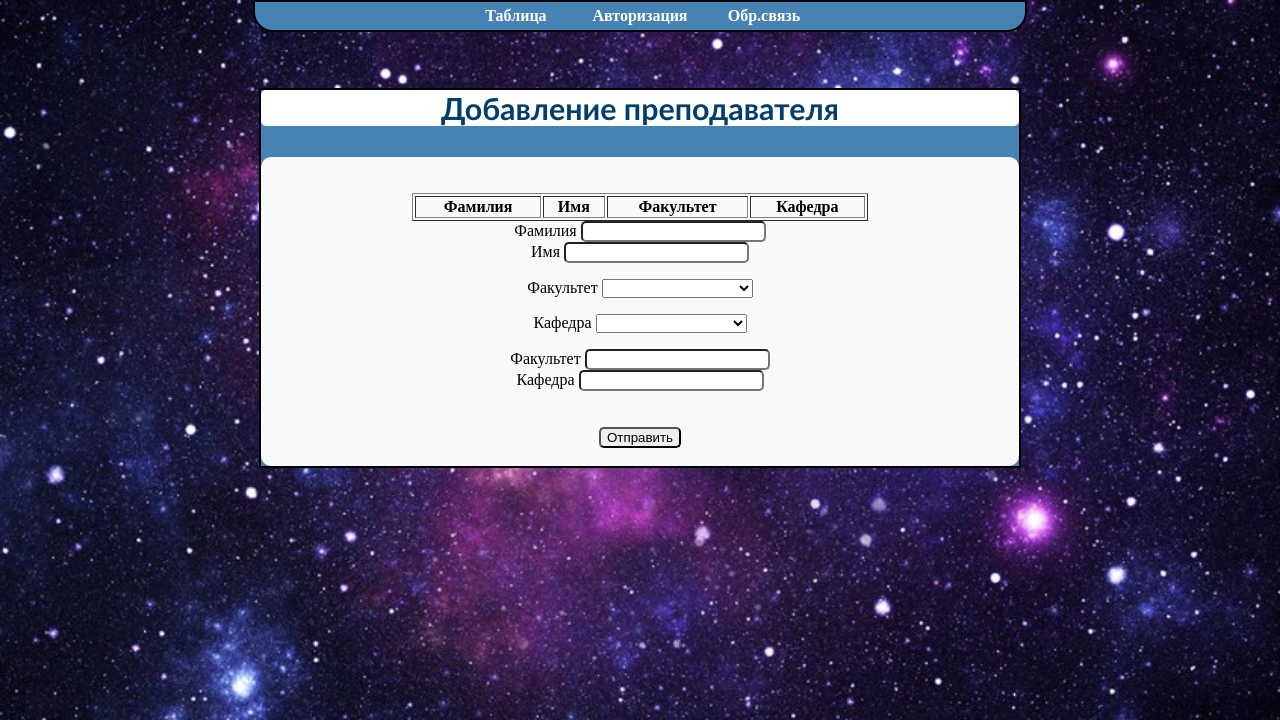
Repository: BeliaevAleksei/WeBCourse
Page: http://localhost/addTeacher.php
The author's editor kept a record of every edit. The page is drawn from the files as they stood at one moment, then again after the next edit.
The browser window is 1280 px wide. The pictures show the whole page.
The page is run by PHP 8.4 with error messages shown; the project is at /var/www/html/. Queries for data that is not in the repository find no rows.

Above is the page before.

### Учебная практика/addTeacher.php
<!DOCTYPE html>
<html>
<head>
	<meta http-equiv="Content-Type" content="text/html; charset=utf-8" />
	<link rel="stylesheet" href="css/main.css">
	<title>Managment</title>

</head>
<body>
	<div class="page">
		<div class="header">
			<ul id="navbar">
				<li><a href="index.php">Таблица</a></li>
				<li><a href="authorization.php">Авторизация</a></li>
				<li><a href="back.php">Обр.связь</a></li>
			</ul>
		</div>
		<div class="main-text">
			<h3>Добавление преподавателя</h3>
			<div class="main-text-content">
			    <?php
					include ('dao.php');
					session_start();
					echo "</br>";
					echo "</br>";
					echo "<table border = 1>
				    <tr>
					<th>Фамилия</th>
					<th>Имя</th>
					<th>Факультет</th>
					<th>Кафедра</th>
				    </tr>";
				    $dao = new DAO();
				    $sqlTeacher = $dao->sql_query("SELECT Teachers.FirstName, Teachers.LastName, FacultyAndPulpit.Faculty, Teachers.Pulpit FROM FacultyAndPulpit, Teachers
					    where FacultyAndPulpit.Pulpit = Teachers.Pulpit");
				    while ($sql = mysqli_fetch_array($sqlTeacher, MYSQLI_ASSOC)){
				    	echo "<tr><td>" . $sql['FirstName'] . "</td>";
					    echo "<td>" . $sql['LastName'] . "</td>";
				    	echo "<td>" . $sql['Faculty'] . "</td>";
				    	echo "<td>" . $sql['Pulpit'] . "</td></tr>";
			    	};
				    echo "</table>";


				echo "<form action=\"AddTinTable.php\" method=\"post\">";
				echo "<div><label> Фамилия</label> <input type=\"text\" name=\"firstname\"></div>";
				echo "<div><label> Имя </label> <input type=\"text\" name=\"lastname\"></div>";
				echo "<p> <label> Факультет </label>
					<select  name=\"faculty\">
						<option disabled>Выберите факультет</option>";
						$dao = new DAO();
						$sqlF = $dao->getPulpit();
						while ($sql = mysqli_fetch_array($sqlTeacher, MYSQLI_ASSOC)) {
							$res = $sql['Faculty'];
							echo "<option value=\"$res\">$res</option>";
						}
						echo "</select></p>";
				echo "<p> <label> Кафедра </label>
					<select  name=\"pulpit\">
						<option disabled>Выберите факультет</option>";
						$dao = new DAO();
						$sqlF = $dao->getPulpit();
						while ($sql = mysqli_fetch_array($sqlTeacher, MYSQLI_ASSOC)) {
							$res = $sql['Pulpit'];
							echo "<option value=\"$res\">$res</option>";
						}
						echo "</select></p>";


				echo "<div><label> Факультет</label> <input type=\"text\" name=\"faculty\"></div>";
				echo "<div><label> Кафедра </label> <input type=\"text\" name=\"pulpit\"></div>
				<br><br>";
				echo "<input type=\"submit\" value=\"Отправить\">
				<br><br> </form>";
				?>
			</div>
</div>
</div>
</body>

### Учебная практика/dao.php
<?php
class DAO
{
    private $link;

    public function __construct() {
        $this->link = mysqli_connect("localhost", "dislexsu", "", "Management");
    }

    public function sql_query($sqlString)
    {
       return mysqli_query($this->link, $sqlString);
    }


    public function getPulpit() {
        return $this->sql_query("SELECT * FROM FacultyAndPulpit");
    }

    public function getTeachers() {
        return $this->sql_query("SELECT * FROM Teachers");
    }

    public function getStudents() {
        return $this->sql_query("SELECT * FROM Students");
    }

    public function addTeacher($login, $password) {
        $this->sql_query("INSERT INTO `Autorization`(`ID`, `Teacher`, `Password`) VALUES ('','$login','$password')");
    }

    public function addTeacherIntable($firstName, $lastName, $pulpit) {
        $this->sql_query("INSERT INTO `Teachers`(`ID`, `FirstName`, `LastName`, `Pulpit`) VALUES ('','$firstName', '$lastName', '$pulpit')");
    }

    public function addStudent($firstName, $lastName, $course, $status, $teacher, $pulpit) {
        $this->sql_query("INSERT INTO `Students`(`ID`, `FirstName`, `LastName`, `Course`, `Status`, `Teacher`, `Pulpit`) VALUES ('', '$firstName', '$lastName', '$course', '$status', '$teacher', '$pulpit')");
    }


    public function addFP($faculty, $pulpit) {
        $this->sql_query("INSERT INTO `FacultyAndPulpit`(`ID`, `Faculty`, `Pulpit`) VALUES ('','$faculty','$pulpit')");
    }

    public function deleteFP($id) {
        $this->sql_query("DELETE FROM `FacultyAndPulpit` WHERE ID = '$id' ");
    }

    public function deleteT($id) {
        $this->sql_query("DELETE FROM `Teachers` WHERE ID = '$id' ");
    }
    public function updateST($id, $firstName, $lastName, $course, $status, $teacher, $pulpit) {
    $this->sql_query("UPDATE `Students` SET `FirstName`= '$firstName' ,`LastName`='$lastName',`Course`='$course',`Status`='$status',`Teacher`='$teacher',`Pulpit`='$pulpit'
    WHERE ID = $id");
    }

     public function addMessage($login, $mail, $message) {
        $this->sql_query("INSERT INTO `Message`(`ID`, `Login`, `Mail`, `Message`) VALUES ('','$login','$mail', '$message')");
    }
}

### Учебная практика/css/main.css

@media (min-width: 1024px) {
	body
	{
		background: url(../img/fon.jpg);
		background-position: center center;
		background-size: cover;
		background-attachment: fixed;
	}
	.main-text-content > img {
		width: 49%;
		height: 300px;
		display: inline-block;
	}
	a{
		font-size: 1.0em;
	}
	p{
		font-size: 1.0em;
	}

	h3{
		font-size: 1.9em;
	}
	h2{
		font-size: 1.3em;
	}
		.righttable{
		width: 26%;
		float: right;
	}
	.lefttable{
		width: 26%;
		float: left;
	}
}
@media (min-width: 720px) and (max-width: 1023px) {

	body {
		background: url(../img/fon.jpg);
		background-position: center center;
		background-size: cover;
		background-attachment: fixed;

	}
	.main-text-content > img {
		/*width: 400px;*/
		width: 40%;
		height: 300px;
		display: inline-block;
	}
	a{
		font-size: 0.8em;
	}
	p{
		font-size: 0.8em;
	}

	h3{
		font-size: 1.5em;
	}
	h2{
		font-size: 1.1em;
	}
		.righttable{
		width: 26%;
		float: right;
	}
	.lefttable{
		width: 26%;
		float: left;
	}
}

@media (min-width: 480px) and (max-width: 719px)
{
	body {
		background: url(../img/fon.jpg);
		background-position: center center;
		background-size: cover;
		background-attachment: fixed;
	}
	.main-text-content > img {
		/*width: 274px;*/
		width: 30%;
		height: 300px;
		display: inline-block;
	}
	a{
		font-size: 0.5em;
	}
	p{
		font-size: 0.5em;
	}

	h3{
		font-size: 1.2em;
	}
	h2{
		font-size: 0.8em;
	}
		.righttable{
		width: 26%;
		float: right;
	}
	.lefttable{
		width: 26%;
		float: left;
	}
}
@media (min-width: 320px) and (max-width: 479px)
{
	body {
		background: url(../img/fon.jpg);
		background-position: center center;
		background-size: cover;
		background-attachment: fixed;
	}
	.main-text-content > img {
		/*width: 173px;*/
		width: 20%;
		height: 200px;;
		display: inline-block;
	}
	a{
		font-size: 0.5em;
	}
	p{
		font-size: 0.5em;
	}

	h3{
		font-size: 1.2em;
	}
	h2{
		font-size: 0.8em;
	}
	.righttable{
		width: 26%;
		float: right;
	}
	.lefttable{
		width: 26%;
		float: left;
	}
}
@media (max-width: 319px)
{
	body {

		background: url(../img/fon.jpg);
		background-position: center center;
		background-size: cover;
		background-attachment: fixed;
	}
	.main-text-content > img {
		width: 172px;
		height: 110px;
		display: inline-block;
	}
	a{
		font-size: 0.5em;
	}
	p{
		font-size: 0.5em;
	}

	h3{
		font-size: 1.0em;
	}
	h2{
		font-size: 0.8em;
	}
	.righttable{
		width: 100%;
		float: none;
	}
	.lefttable{
		width: 100%;
		float: none;
	}
}

.page {
	width: 60%; /* Ширина элемента в пикселах */
	margin: auto; /* Выравниваем по центру */
	position: relative;
}

.header {
	justify-content: space-around;
	flex-wrap: wrap;
	align-items: center;
	position: relative;
	top: 0;
	min-height: 60px;
}

.main {
	line-height: 150px;
	position: relative;
}

#navbar {
	margin: 0;
	padding: 0;
	list-style-type: none;
}
#navbar li {
	display: inline;
}

#navbar {
	margin: -8px;
	padding: 0;
	list-style-type: none;
	border: 2px solid #000000;
	border-radius: 0px 0px 20px 20px;
	text-align: center;
	background-color:#4682B4;
}
#navbar a {
	color: #fff;
	padding: 5px 10px;
	text-decoration: none;
	font-weight: bold;
	display: inline-block;
	width: 100px;
}
#navbar a:hover {
	border-radius: 20px 5px;
	background-color: #B0C4DE;
}

.main-text{
	outline: 2px solid #000;
	background-color:#4682B4;
	margin:auto;
}


.main-text-content {
	background-color: rgba(255, 255, 254, 0.96);
	border-radius: 10px;
	margin:auto;
}

.main-text-content .clearbox {
	display: table;
}

.main-text > h3 {
	text-align: center;
	color: #033E6B;
	font-family: "Gabriela", TREBUCHET MS;
	background-color: #FFFFFF;
	border-radius: 5px;
}

.main-text-content > a {
	display: block;
	min-width: 20px;
	background-color: #FFFFFF;
	color: #033E6B;
	font-family: "Gabriela", TREBUCHET MS;
	border-bottom: 2px solid maroon; /* Параметры линии под текстом */
	font-weight: normal; /* Убираем жирное начертание */
	padding-bottom: 5px; /* Расстояние от текста до линии */
	text-align: left;
}


.main-text-content > p {
	display: block;
	text-indent: 2em;
	margin: 0 5px;
	color: #033E6B;
	border-radius: 5px;
	line-height: 34px;
}

.main-text-content img {
	margin-bottom: 10px;
	-o-object-fit: cover;
	object-fit: cover; /* способ встраивания содержимого в элемент */
	object-position: center; /* способ размещения содержимого в элементе */
}
.main-text-content .clearbox {
	display: table;
	clear: both;
}

#imginf {
	float: left; /* задает выравнивание элемента */
	margin-right: 10px;
}



.lefttable{
	display: table;
	background-color: #FFFFFF;
	border-radius: 5px;
}

.righttable{
	display: table;
	background-color: #FFFFFF;
	border-radius: 5px;
}
/*form{*/
/*	margin: 0  1%;*/
/*}*/
label{
	align-items: center;
	text-align: center;
}
form{
	align-items: center;
	text-align: center;
}
#about{
	width: 90%;
}
TABLE {
    width: 60%;
    margin: auto;
   }
   TD {
   	width: 60%;
    margin: auto;
   }

input {
    border-radius: 5px;
}

After the next edit:
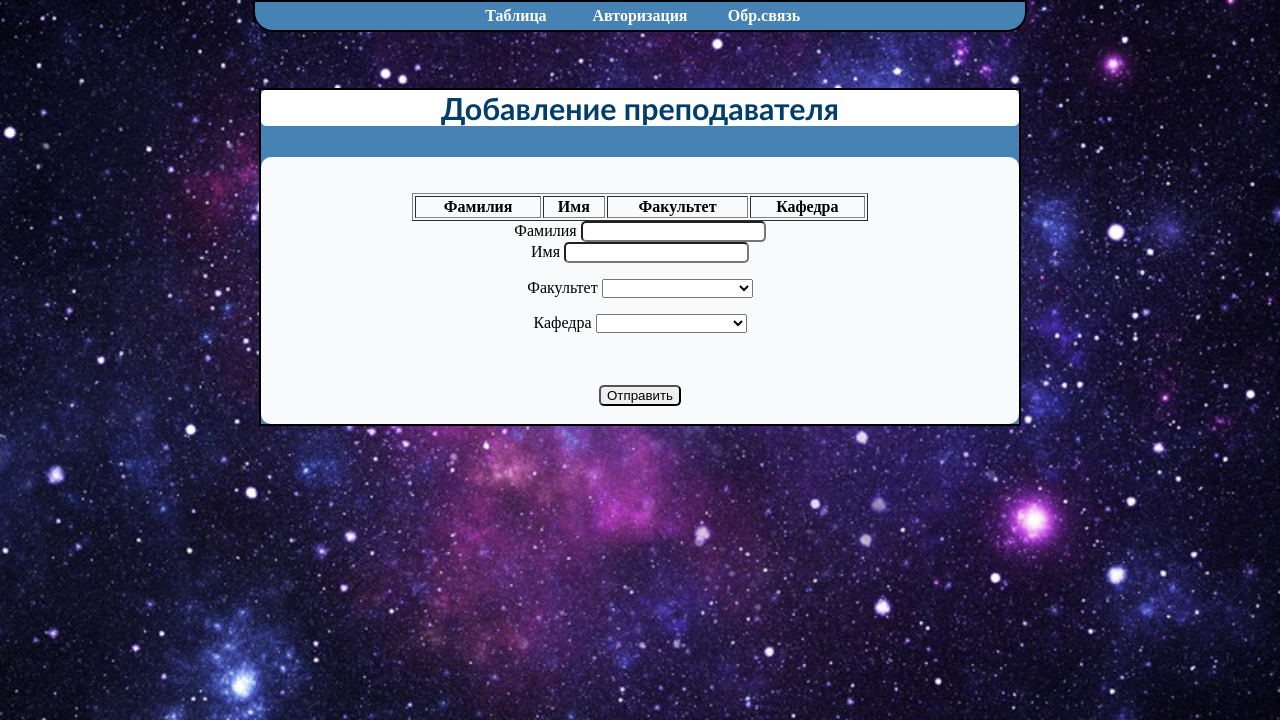
The edit:
--- a/Учебная практика/addTeacher.php
+++ b/Учебная практика/addTeacher.php
@@ -64,11 +64,7 @@
 							$res = $sql['Pulpit'];
 							echo "<option value=\"$res\">$res</option>";
 						}
-						echo "</select></p>";
-
-
-				echo "<div><label> Факультет</label> <input type=\"text\" name=\"faculty\"></div>";
-				echo "<div><label> Кафедра </label> <input type=\"text\" name=\"pulpit\"></div>
+						echo "</select></p>
 				<br><br>";
 				echo "<input type=\"submit\" value=\"Отправить\">
 				<br><br> </form>";
